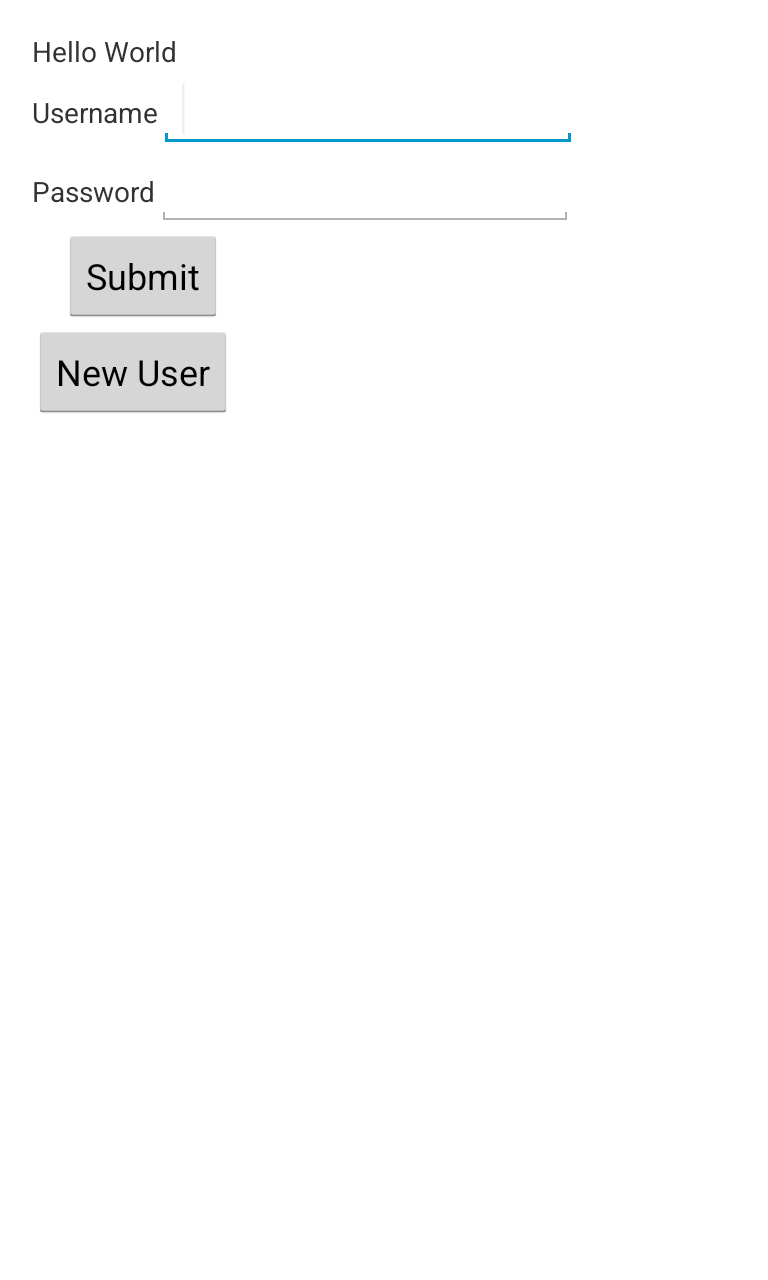
Repository: sbobra/women-startupweekend-sf
Layout: LaundryList/res/layout/activity_login.xml
An editor plug-in stored every save of this project. The layout is shown before and after the next save, followed by the edit.
It is drawn on a 768 x 1280 px phone screen (xhdpi) without system bars, with theme AppTheme; the app's code is not run.

Above is the layout before, as saved 2013-09-15 01:16:40.

### LaundryList/res/layout/activity_login.xml
<LinearLayout xmlns:android="http://schemas.android.com/apk/res/android"
    xmlns:tools="http://schemas.android.com/tools"
    android:layout_width="match_parent"
    android:layout_height="match_parent"
    android:orientation="vertical"
    android:paddingBottom="@dimen/activity_vertical_margin"
    android:paddingLeft="@dimen/activity_horizontal_margin"
    android:paddingRight="@dimen/activity_horizontal_margin"
    android:paddingTop="@dimen/activity_vertical_margin"
    tools:context=".LoginActivity" >

    <TextView
        android:id="@+id/textView1"
        android:layout_width="wrap_content"
        android:layout_height="wrap_content"
        android:text="@string/hello_world" />

    <LinearLayout
        android:layout_width="wrap_content"
        android:layout_height="wrap_content"
        android:orientation="horizontal" >

        <TextView
            android:id="@+id/textView2"
            android:layout_width="wrap_content"
            android:layout_height="wrap_content"
            android:text="Username" />

        <EditText
            android:id="@+id/usernameTextBox"
            android:layout_width="wrap_content"
            android:layout_height="wrap_content"
            android:ems="10"
            android:inputType="textEmailAddress" >

            <requestFocus />
        </EditText>
    </LinearLayout>

    <LinearLayout
        android:layout_width="wrap_content"
        android:layout_height="wrap_content"
        android:orientation="horizontal" >

        <TextView
            android:id="@+id/textView3"
            android:layout_width="wrap_content"
            android:layout_height="wrap_content"
            android:text="Password" />

        <EditText
            android:id="@+id/passwordTextBox"
            android:layout_width="wrap_content"
            android:layout_height="wrap_content"
            android:ems="10"
            android:inputType="textPassword" />
    </LinearLayout>

    <Button
        android:id="@+id/loginButton"
        android:layout_width="wrap_content"
        android:layout_height="wrap_content"
        android:layout_marginLeft="15dp"
        android:text="Submit" />

    <Button
        android:id="@+id/newAcctButton"
        android:layout_width="wrap_content"
        android:layout_height="wrap_content"
        android:text="New User" />

</LinearLayout>

### LaundryList/res/values/strings.xml
<!--
  Copyright 2012 The Android Open Source Project

  Licensed under the Apache License, Version 2.0 (the "License");
  you may not use this file except in compliance with the License.
  You may obtain a copy of the License at

      http://www.apache.org/licenses/LICENSE-2.0

  Unless required by applicable law or agreed to in writing, software
  distributed under the License is distributed on an "AS IS" BASIS,
  WITHOUT WARRANTIES OR CONDITIONS OF ANY KIND, either express or implied.
  See the License for the specific language governing permissions and
  limitations under the License.
-->

<resources xmlns:xliff="urn:oasis:names:tc:xliff:document:1.2">

    <string name="hello_world">Hello World</string>
    <!-- Titles -->
    <string name="app_name">Animations Demo</string>
    <string name="title_crossfade">Simple Crossfade</string>
    <string name="title_card_flip">Card Flip</string>
    <string name="title_screen_slide">Screen Slide</string>
    <string name="title_zoom">Zoom</string>
    <string name="title_layout_changes">Layout Changes</string>
    <string name="title_template_step">Page <xliff:g id="step_number">%1$d</xliff:g>: Lorem
        Ipsum</string>
    <string name="title_template_explore">EXPLORE</string>
    <string name="title_template_home">HOME</string>
    <string name="title_template_goal">NEW GOAL</string>

    <!-- Actions -->
    <string name="action_toggle">Toggle indicator</string>
    <string name="action_add_item">Add item</string>
    <string name="action_remove_item">Remove item</string>
    <string name="action_previous">Previous</string>
    <string name="action_next">Next</string>
    <string name="action_finish">Finish</string>
    <string name="action_info">Photo info</string>
    <string name="action_photo">View photo</string>

    <!-- Messages -->
    <string name="message_empty_layout_changes">Add an item above to get started.</string>
    <string name="message_zoom_touch_expand">Touch a photo to expand it.</string>

    <!-- Accessibility-only descriptions -->
    <string name="description_image_1">Image 1</string>
    <string name="description_image_2">Image 2</string>
    <string name="description_zoom_touch_close">Expanded image (touch to close)</string>

    <!-- Other strings -->
    <string name="card_back_title">Angry Red Android</string>
    <string name="card_back_description"><![CDATA[Lorem ipsum dolor sit]]></string>
    <string name="lorem_ipsum"><![CDATA[Lorem ipsum dolor sit amet, consectetur adipiscing elit. Mauris et magna ut erat elementum cursus in quis ipsum. Nam faucibus ultrices eros, vel tempor leo semper sit amet. Duis magna quam, congue vitae interdum nec, condimentum ut lectus. Sed commodo venenatis eros a dignissim. Nunc adipiscing turpis nec magna venenatis at ultricies ipsum bibendum. Sed volutpat urna quis nisi vulputate egestas. Etiam eu dui a enim lacinia dapibus. Pellentesque habitant morbi tristique senectus et netus et malesuada fames ac turpis egestas.\n\nPhasellus orci mi, eleifend nec congue id, volutpat at neque. Cum sociis natoque penatibus et magnis dis parturient montes, nascetur ridiculus mus. Integer semper velit vel leo rutrum sed fermentum elit porta.]]></string>

</resources>

Loaded but not shown: LaundryList/res/values/styles.xml (common file); LaundryList/res/values-v11/styles.xml (common file); LaundryList/res/values-v14/styles.xml (common file); LaundryList/res/values/dimens.xml (common file)

After the next save:
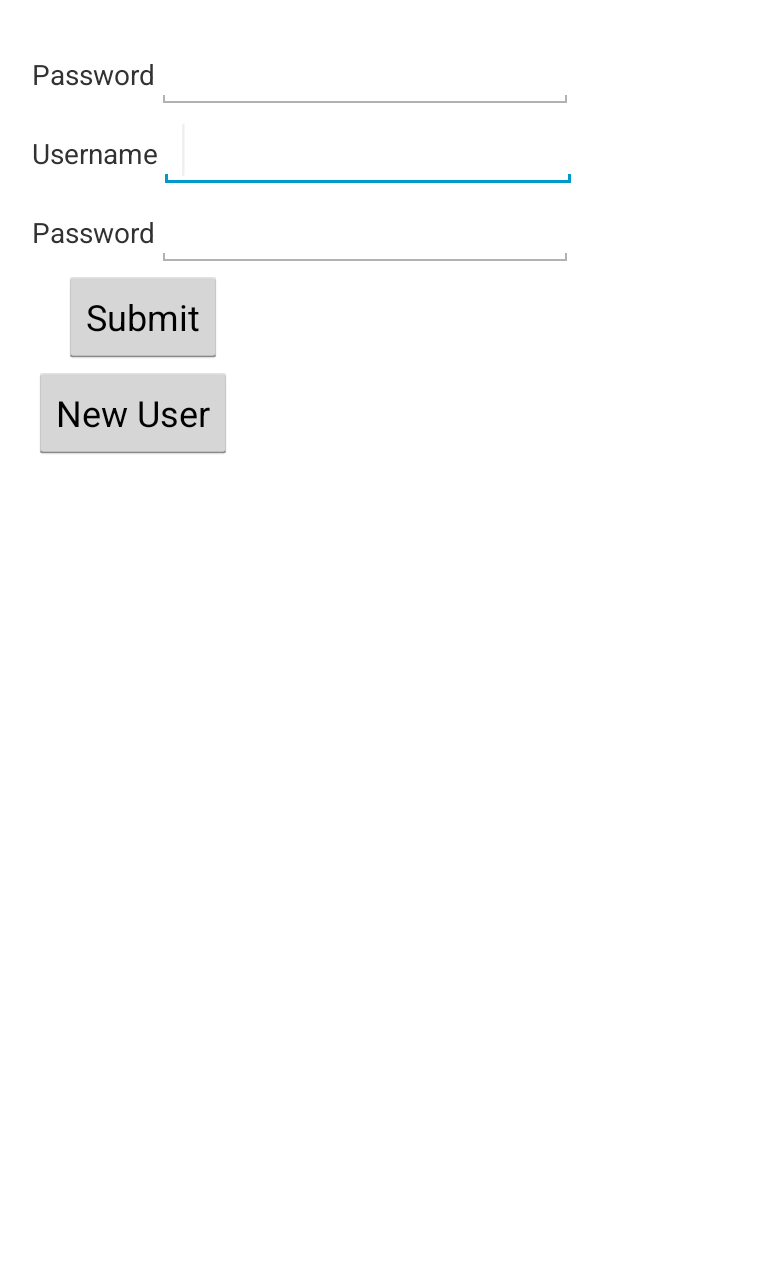
Saved 18 s later.
--- a/LaundryList/res/layout/activity_login.xml
+++ b/LaundryList/res/layout/activity_login.xml
@@ -9,11 +9,24 @@
     android:paddingTop="@dimen/activity_vertical_margin"
     tools:context=".LoginActivity" >
 
-    <TextView
-        android:id="@+id/textView1"
+    <LinearLayout
         android:layout_width="wrap_content"
         android:layout_height="wrap_content"
-        android:text="@string/hello_world" />
+        android:orientation="horizontal" >
+
+        <TextView
+            android:id="@+id/textView3"
+            android:layout_width="wrap_content"
+            android:layout_height="wrap_content"
+            android:text="Password" />
+
+        <EditText
+            android:id="@+id/passwordTextBox"
+            android:layout_width="wrap_content"
+            android:layout_height="wrap_content"
+            android:ems="10"
+            android:inputType="textPassword" />
+    </LinearLayout>
 
     <LinearLayout
         android:layout_width="wrap_content"
